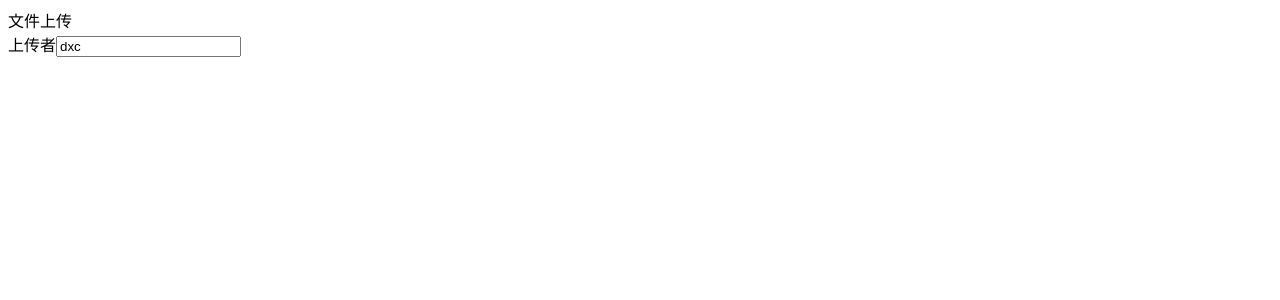
Repository: stranxxc/java_code
Page: http://localhost/SSM_03_Spring_MVC_dxc_53/file_upload_mvc_dxc.jsp
An editor plug-in stored every save of this project. The page is shown before and after the next save, followed by the edit.
The browser window is 1280 px wide. The pictures show the whole page.
The page is served by Tomcat 9. Other server files are loaded and not shown.

Above is the page before, as saved 2026-06-02 02:37:36.

### SSM_03_Spring_MVC_dxc_53/WebRoot/file_upload_mvc_dxc.jsp
<%@ page language="java" import="java.util.*" pageEncoding="UTF-8"%>
<%
String path = request.getContextPath();
String basePath = request.getScheme()+"://"+request.getServerName()+":"+request.getServerPort()+path+"/";
%>

<!DOCTYPE HTML PUBLIC "-//W3C//DTD HTML 4.01 Transitional//EN">
<html>
  <head>
    <base href="<%=basePath%>">

    <title>My JSP 'file_upload_mvc_dxc.jsp' starting page</title>

	<meta http-equiv="pragma" content="no-cache">
	<meta http-equiv="cache-control" content="no-cache">
	<meta http-equiv="expires" content="0">
	<meta http-equiv="keywords" content="keyword1,keyword2,keyword3">
	<meta http-equiv="description" content="This is my page">
	<!--
	<link rel="stylesheet" type="text/css" href="styles.css">
	-->

  </head>

  <body>

  </body>
  文件上传
  <form action="">
  上传者<input type="text" name="upload_user_name" value="dxc">
  </form>
</html>

After the next save:
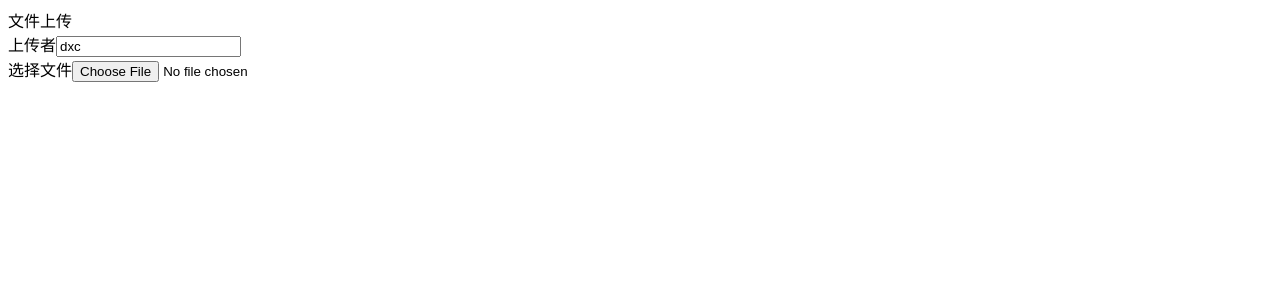
Saved 81 s later.
--- a/SSM_03_Spring_MVC_dxc_53/WebRoot/file_upload_mvc_dxc.jsp
+++ b/SSM_03_Spring_MVC_dxc_53/WebRoot/file_upload_mvc_dxc.jsp
@@ -27,6 +27,6 @@ String basePath = request.getScheme()+"://"+request.getServerName()+":"+request.
   </body>
   文件上传
   <form action="">
-  上传者<input type="text" name="upload_user_name" value="dxc">
+  上传者<input type="text" name="upload_user_name" value="dxc"></br>选择文件<input type="file" name="upload_file">
   </form>
 </html>
